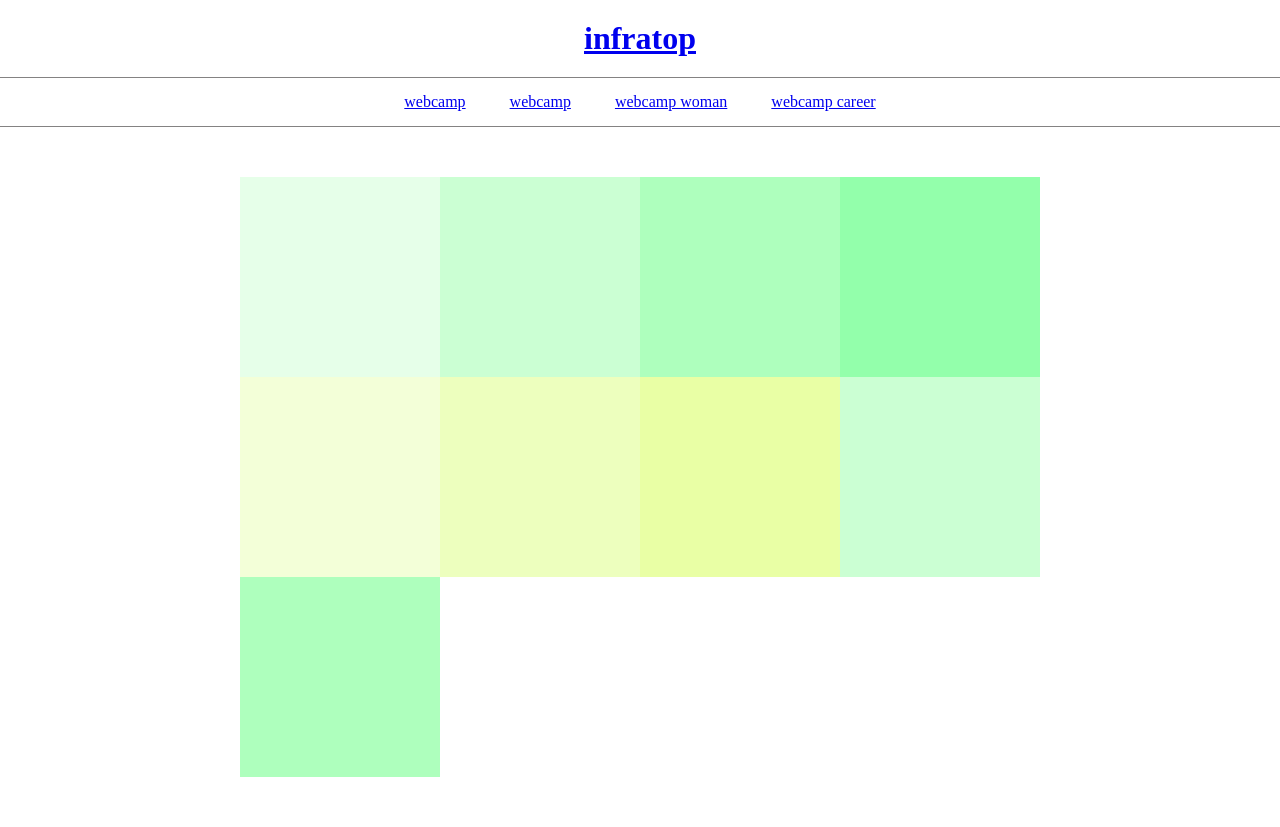
Repository: matuyama/dmm-webcamp
Page: chapter5/chapter5.html
The author's editor kept a record of every edit. The page is drawn from the files as they stood at one moment, then again after the next edit.
The browser window is 1280 px wide. The pictures show the whole page.

Above is the page before.

### chapter5/chapter5.html
<!DOCTYPE html>
<html lang"ja">

  <head>
    <meta charet="UTF-8"/>
    <link rel="stylesheet" href="chapter5.css"/>
    <title>chapter5</title>
  </head>

  <body>
    <header>
      <h1 class="heading">
        <a href="chapter5.html">
          infratop
        </a>
      </h1>
    </header>

    <nav>
      <ul class="nav-list">
        <li class="nav-list-item">
          <a href="chapter5.html">webcamp</a>
        </li>
        <li class="nav-list-item">
          <a href="hapter5">webcamp</a>
        </li>
        <li class="nav-list-item">
          <a href="chapter5">webcamp woman</a>
        </li>
        <li class="nav-list-item">
          <a href="chapter5">webcamp career</a>
        </li>
      </ul>
    </nav>

    <div class="main">
      <div class="box1"></div>
      <div class="box2"></div>
      <div class="box3"></div>
      <div class="box4"></div>
      <div class="box5"></div>
      <div class="box6"></div>
      <div class="box7"></div>
      <div class="box8"></div>
      <div class="box9"></div>
      <div class="box10"></div>
      <div class="box11"></div>
      <div class="box12"></di<div class="box1"></div>
       <div class="box2"></div>
       <div class="box3"></div>

    </div>

  </body>

</html>

### chapter5/chapter5.css
*{
  margin:0;
  padding:0;
  box-sizing:border-box;
}

header{
  width:100%;
  padding: 20px 0;
  margin: 0 auto;
  text-align:center;
}

.nav-list{
  text-align: center;
  padding: 15px 0;
  border-bottom: 1px solid #848282;
  border-top: 1px solid #848282;
}
  .nav-list-item{
    list-style: none;
    display: inline-block;
    margin: 0 20px;
  }

.main{
  width: 800px;
  margin: 50px auto;
  display: flex;
  flex-wrap: wrap;
}

  .box1{
    width: 200px;
    height: 200px;
    background-color: #e6ffe9;
  }

  .box2{
    width: 200px;
    height: 200px;
    background-color: #cbffd3;
  }

  .box3{
    width: 200px;
    height: 200px;
    background-color: #aeffbd;
  }

  .box4{
    width: 200px;
    height: 200px;
    background-color: #93ffab;
  }

  .box5{
    width: 200px;
    height: 200px;
    background-color: #f3ffd8;
  }

  .box6{
    width: 200px;
    height: 200px;
    background-color: #edffbe;
  }

  .box7{
    width: 200px;
    height: 200px;
    background-color: #e9ffa5;
  }

  .box1{
    width: 200px;
    height: 200px;
    background-color: #e6ffe9;
  }

  .box1{
    width: 200px;
    height: 200px;
    background-color: #e6ffe9;
  }

  .box1{
    width: 200px;
    height: 200px;
    background-color: #e6ffe9;
  }

  .box1{
    width: 200px;
    height: 200px;
    background-color: #e6ffe9;
  }

  .box1{
    width: 200px;
    height: 200px;
    background-color: #e6ffe9;
  }

After the next edit:
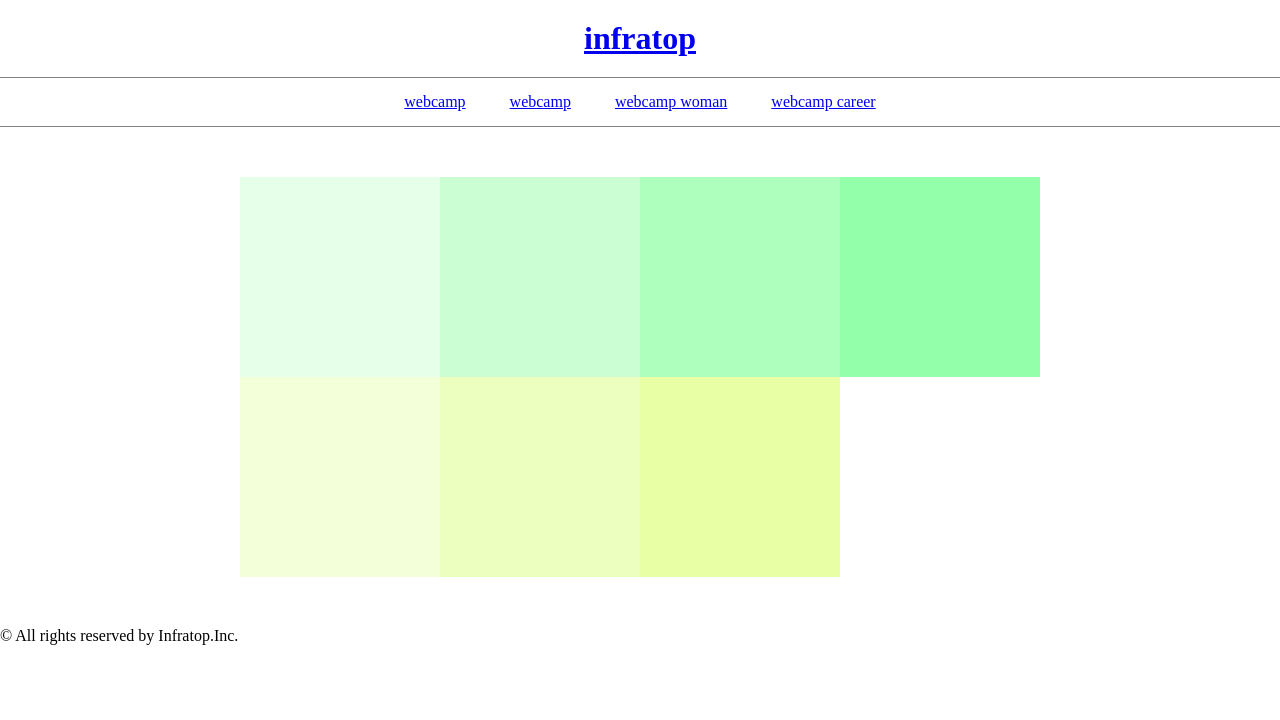
The edit:
--- a/chapter5/chapter5.html
+++ b/chapter5/chapter5.html
@@ -45,11 +45,10 @@
       <div class="box9"></div>
       <div class="box10"></div>
       <div class="box11"></div>
-      <div class="box12"></di<div class="box1"></div>
-       <div class="box2"></div>
-       <div class="box3"></div>
+      <div class="box12"></div>
+    </div>
 
-    </div>
+    <footer><p class="footer-text">© All rights reserved by Infratop.Inc.</p></footer>
 
   </body>
 
